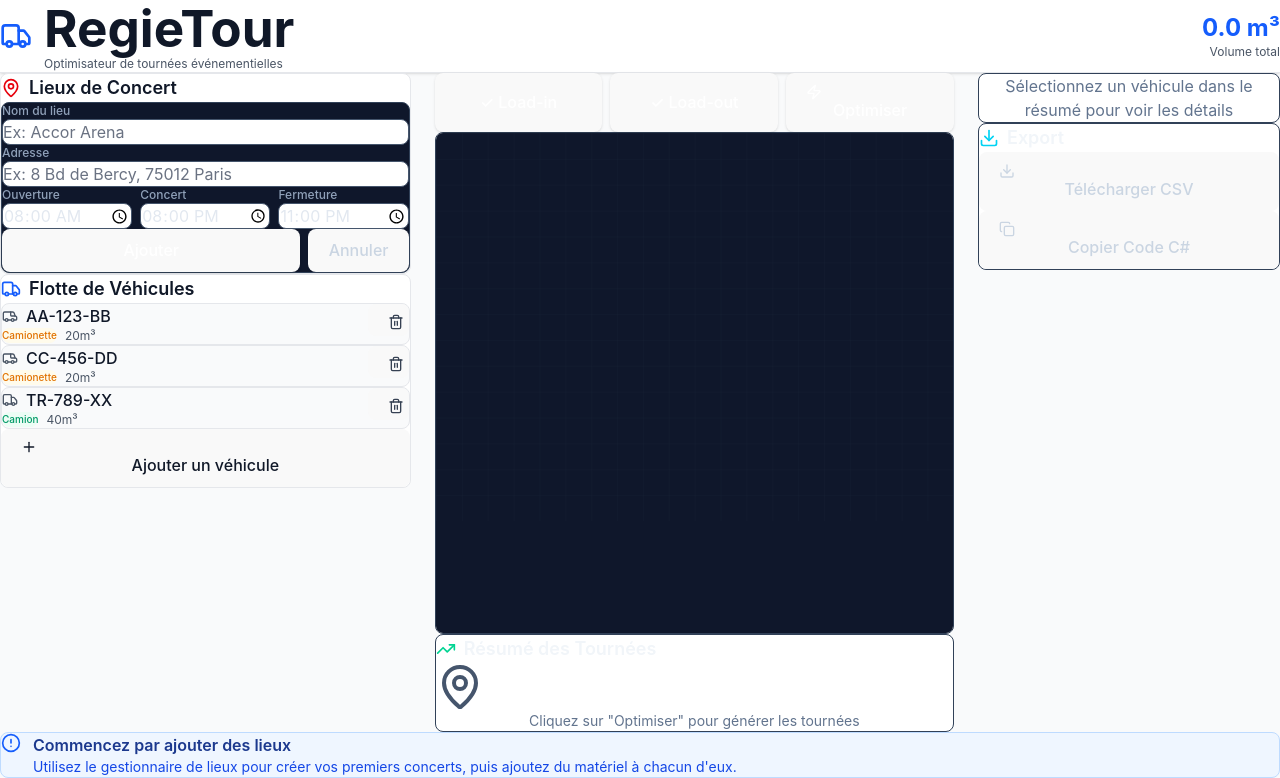
Repository: MaqlachMehdi/logipro
Page: /, after clicking the first element matching `button.rounded-lg`
These files come from the project's save history. The page is drawn as it stood at one moment and after the next save; the edit follows.
The browser window is 1280 px wide. The pictures show the whole page.
The project was rebuilt for these pictures with package versions that can differ from the ones it lists, and the page was loaded fresh each time. Also part of the build but not shown: vite.config.ts, src/components/VolumeEstimator.tsx, src/components/GearManager.tsx, src/components/ExportDatabase.tsx.

Above is the page before, as saved 2026-02-08 20:01:32.

### index.html
<!doctype html>
<html lang="en">
  <head>
    <meta charset="UTF-8" />
    <link rel="icon" type="image/svg+xml" href="/vite.svg" />
    <meta name="viewport" content="width=device-width, initial-scale=1.0" />
    <title>logipro</title>
  </head>
  <body>
    <div id="root"></div>
    <script type="module" src="/src/main.tsx"></script>
  </body>
</html>

### src/index.css
@import "tailwindcss";

* {
  margin: 0;
  padding: 0;
  box-sizing: border-box;
}

html {
  scroll-behavior: smooth;
}

body {
  background-color: #f8f9fa;
  color: #1a1a1a;
  font-family: -apple-system, BlinkMacSystemFont, 'Segoe UI', Roboto, 'Helvetica Neue', Arial, sans-serif;
  -webkit-font-smoothing: antialiased;
  -moz-osx-font-smoothing: grayscale;
}

/* Scrollbar styling */
::-webkit-scrollbar {
  width: 8px;
  height: 8px;
}

::-webkit-scrollbar-track {
  background: #f1f1f1;
}

::-webkit-scrollbar-thumb {
  background: #cbd5e1;
  border-radius: 4px;
}

::-webkit-scrollbar-thumb:hover {
  background: #94a3b8;
}
a:hover {
  color: #535bf2;
}

body {
  margin: 0;
  display: flex;
  place-items: center;
  min-width: 320px;
  min-height: 100vh;
}

h1 {
  font-size: 3.2em;
  line-height: 1.1;
}

button {
  border-radius: 8px;
  border: 1px solid transparent;
  padding: 0.6em 1.2em;
  font-size: 1em;
  font-weight: 500;
  font-family: inherit;
  background-color: #1a1a1a;
  cursor: pointer;
  transition: border-color 0.25s;
}
button:hover {
  border-color: #646cff;
}
button:focus,
button:focus-visible {
  outline: 4px auto -webkit-focus-ring-color;
}

@media (prefers-color-scheme: light) {
  :root {
    color: #213547;
    background-color: #ffffff;
  }
  a:hover {
    color: #747bff;
  }
  button {
    background-color: #f9f9f9;
  }
}

### src/components/index.tsx
export { FleetManager } from './FleetManager';
export { SpotManager } from './SpotManager';
export { VolumeEstimator } from './VolumeEstimator';
export { RouteSummary } from './RouteSummary';
export { MapPlanner } from './MapPlanner';
export { VehicleDetail } from './VehicleDetail';
export { ExportPanel } from './ExportPanel';
export { GearManager } from './GearManager';
export { ExportDatabase } from './ExportDatabase';

### src/components/ui/index.tsx
export { Button } from './button';
export { Input } from './input';
export { Label } from './label';
export { Card, CardContent, CardHeader, CardTitle, CardDescription } from './card';

### src/utils/volume-data.ts
export const GEAR_CATALOG = [
  // Batterie & Percussion
  { id: 'drum-kit', name: 'Drum Kit Complete', category: 'Percussion', volume: 1.2 },
  { id: 'snare', name: 'Caisse Claire', category: 'Percussion', volume: 0.15 },
  { id: 'cymbals', name: 'Cymbales Pack', category: 'Percussion', volume: 0.3 },
  { id: 'percussion-extra', name: 'Percussion Extra', category: 'Percussion', volume: 0.5 },

  // Guitares & Basses
  { id: 'electric-guitar', name: 'Guitare Électrique', category: 'Guitares', volume: 0.1 },
  { id: 'bass-guitar', name: 'Basse', category: 'Guitares', volume: 0.12 },
  { id: 'acoustic-guitar', name: 'Guitare Acoustique', category: 'Guitares', volume: 0.15 },
  { id: 'guitar-amp', name: 'Ampli Guitare', category: 'Guitares', volume: 0.3 },
  { id: 'bass-amp', name: 'Ampli Basse', category: 'Guitares', volume: 0.4 },
  { id: 'pedalboard', name: 'Pedalboard', category: 'Guitares', volume: 0.08 },

  // Claviers
  { id: 'piano', name: 'Piano', category: 'Claviers', volume: 2.5 },
  { id: 'synth', name: 'Synthétiseur', category: 'Claviers', volume: 0.25 },
  { id: 'keyboard-stand', name: 'Stand Clavier', category: 'Claviers', volume: 0.15 },
  { id: 'organ', name: 'Orgue', category: 'Claviers', volume: 1.8 },

  // Sonorisation
  { id: 'pa-speaker', name: 'Enceinte PA', category: 'Sonorisation', volume: 0.4 },
  { id: 'subwoofer', name: 'Caisson de Bas', category: 'Sonorisation', volume: 0.6 },
  { id: 'mixing-console', name: 'Table de Mixage', category: 'Sonorisation', volume: 0.5 },
  { id: 'microphones', name: 'Pack Micros', category: 'Sonorisation', volume: 0.2 },
  { id: 'monitor', name: 'Moniteur Scène', category: 'Sonorisation', volume: 0.15 },

  // Éclairage
  { id: 'moving-head', name: 'Moving Head', category: 'Éclairage', volume: 0.3 },
  { id: 'led-bar', name: 'Barre LED', category: 'Éclairage', volume: 0.4 },
  { id: 'dimmer-rack', name: 'Gradateur', category: 'Éclairage', volume: 0.5 },
  { id: 'truss', name: 'Truss Section', category: 'Éclairage', volume: 0.8 },

  // Scène & Accessoires
  { id: 'flight-case', name: 'Flight Case', category: 'Accessoires', volume: 0.2 },
  { id: 'cable-box', name: 'Câbles Box', category: 'Accessoires', volume: 0.15 },
  { id: 'stand-rack', name: 'Stand Rack', category: 'Accessoires', volume: 0.25 },
  { id: 'backline-riser', name: 'Riser Backline', category: 'Accessoires', volume: 0.6 },
];

### src/components/SpotManager.tsx
import { useState } from 'react';
import type { Spot } from '../types';
import { Card, CardContent, CardHeader, CardTitle } from './ui';
import { Input } from './ui/input';
import { Label } from './ui/label';
import { Button } from './ui/button';
import { MapPin, Clock, Plus, Trash2, Music } from 'lucide-react';

interface SpotManagerProps {
  spots: Spot[];
  selectedSpotId: string | null;
  onSelectSpot: (id: string | null) => void;
  onAddSpot: (spot: Omit<Spot, 'id' | 'gearSelections'>) => void;
  onDeleteSpot: (id: string) => void;
}

const mockGeocode = (address: string) => {
  let hash = 0;
  for (let i = 0; i < address.length; i++) {
    hash = address.charCodeAt(i) + ((hash << 5) - hash);
  }
  const lat = 48.8566 + (hash % 1000) / 10000;
  const lon = 2.3522 + ((hash * 2) % 1000) / 10000;
  return { lat, lon };
};

export function SpotManager({
  spots,
  selectedSpotId,
  onSelectSpot,
  onAddSpot,
  onDeleteSpot
}: SpotManagerProps) {
  const [isAdding, setIsAdding] = useState(false);
  const [newSpot, setNewSpot] = useState({
    name: '',
    address: '',
    openingTime: '08:00',
    closingTime: '23:00',
    concertTime: '20:00',
  });

  const handleAdd = () => {
    if (!newSpot.name || !newSpot.address) return;

    const coords = mockGeocode(newSpot.address);

    onAddSpot({
      ...newSpot,
      ...coords,
    });

    setNewSpot({
      name: '',
      address: '',
      openingTime: '08:00',
      closingTime: '23:00',
      concertTime: '20:00',
    });
    setIsAdding(false);
  };

  return (
    <Card className="bg-white border-gray-200">
      <CardHeader>
        <CardTitle className="text-gray-900 flex items-center gap-2">
          <MapPin className="w-5 h-5 text-red-600" />
          Lieux de Concert
        </CardTitle>
      </CardHeader>
      <CardContent className="space-y-4">
        <div className="space-y-2">
          {spots.map((spot) => (
            <div
              key={spot.id}
              className={`p-3 rounded-lg border transition-all cursor-pointer ${
                selectedSpotId === spot.id
                  ? 'bg-blue-50 border-blue-500'
                  : 'bg-gray-50 border-gray-200 hover:border-gray-300'
              }`}
              onClick={() => onSelectSpot(spot.id)}
            >
              <div className="flex items-start justify-between">
                <div className="flex-1 min-w-0">
                  <h4 className="font-medium text-gray-900 truncate">{spot.name}</h4>
                  <p className="text-xs text-gray-600 truncate mt-1">{spot.address}</p>
                  <div className="flex items-center gap-3 mt-2 text-xs text-gray-600">
                    <span className="flex items-center gap-1">
                      <Clock className="w-3 h-3" />
                      {spot.concertTime}
                    </span>
                    <span className="flex items-center gap-1">
                      <Music className="w-3 h-3" />
                      {spot.openingTime} - {spot.closingTime}
                    </span>
                  </div>
                </div>
                <Button
                  variant="ghost"
                  size="sm"
                  className="text-gray-500 hover:text-red-600 hover:bg-red-50 h-8 w-8 p-0"
                  onClick={(e: React.MouseEvent<HTMLButtonElement>) => {
                    e.stopPropagation();
                    onDeleteSpot(spot.id);
                  }}
                >
                  <Trash2 className="w-4 h-4" />
                </Button>
              </div>
            </div>
          ))}
        </div>

        {isAdding ? (
          <div className="bg-slate-900 rounded-lg p-4 border border-slate-700 space-y-3">
            <div>
              <Label className="text-slate-400 text-xs">Nom du lieu</Label>
              <Input
                value={newSpot.name}
                onChange={(e: React.ChangeEvent<HTMLInputElement>) => setNewSpot({ ...newSpot, name: e.target.value })}
                placeholder="Ex: Accor Arena"
                className="bg-slate-800 border-slate-600 text-slate-200"
              />
            </div>
            <div>
              <Label className="text-slate-400 text-xs">Adresse</Label>
              <Input
                value={newSpot.address}
                onChange={(e: React.ChangeEvent<HTMLInputElement>) => setNewSpot({ ...newSpot, address: e.target.value })}
                placeholder="Ex: 8 Bd de Bercy, 75012 Paris"
                className="bg-slate-800 border-slate-600 text-slate-200"
              />
            </div>
            <div className="grid grid-cols-3 gap-2">
              <div>
                <Label className="text-slate-400 text-xs">Ouverture</Label>
                <Input
                  type="time"
                  value={newSpot.openingTime}
                  onChange={(e: React.ChangeEvent<HTMLInputElement>) => setNewSpot({ ...newSpot, openingTime: e.target.value })}
                  className="bg-slate-800 border-slate-600 text-slate-200"
                />
              </div>
              <div>
                <Label className="text-slate-400 text-xs">Concert</Label>
                <Input
                  type="time"
                  value={newSpot.concertTime}
                  onChange={(e: React.ChangeEvent<HTMLInputElement>) => setNewSpot({ ...newSpot, concertTime: e.target.value })}
                  className="bg-slate-800 border-slate-600 text-slate-200"
                />
              </div>
              <div>
                <Label className="text-slate-400 text-xs">Fermeture</Label>
                <Input
                  type="time"
                  value={newSpot.closingTime}
                  onChange={(e: React.ChangeEvent<HTMLInputElement>) => setNewSpot({ ...newSpot, closingTime: e.target.value })}
                  className="bg-slate-800 border-slate-600 text-slate-200"
                />
              </div>
            </div>
            <div className="flex gap-2 pt-2">
              <Button
                size="sm"
                className="flex-1 bg-indigo-600 hover:bg-indigo-700 text-white"
                onClick={handleAdd}
              >
                Ajouter
              </Button>
              <Button
                size="sm"
                variant="outline"
                className="border-slate-600 text-slate-300 hover:bg-slate-700"
                onClick={() => setIsAdding(false)}
              >
                Annuler
              </Button>
            </div>
          </div>
        ) : (
          <Button
            variant="outline"
            size="sm"
            className="w-full border-dashed border-slate-600 text-slate-400 hover:text-slate-200 hover:border-slate-500 hover:bg-slate-800"
            onClick={() => setIsAdding(true)}
          >
            <Plus className="w-4 h-4 mr-2" />
            Ajouter un lieu
          </Button>
        )}
      </CardContent>
    </Card>
  );
}

### src/components/ExportPanel.tsx
import { Card, CardContent, CardHeader, CardTitle } from './ui';
import { Button } from './ui/button';
import type { Route, Vehicle, Spot } from '../types';
import { Download, Copy } from 'lucide-react';

interface ExportPanelProps {
  routes: Route[];
  vehicles: Vehicle[];
  spots: Spot[];
}

export function ExportPanel({ routes, vehicles, spots }: ExportPanelProps) {
  const generateCSV = () => {
    let csv = 'Vehicle ID,Vehicle Name,Stop Type,Venue,Address,Time,Volume,Order\n';

    routes.forEach(route => {
      const vehicle = vehicles.find(v => v.id === route.vehicleId);
      if (!vehicle) return;

      route.stops.forEach((stop, index) => {
        const spot = spots.find(v => v.id === stop.venueId);
        csv += `${vehicle.id},${vehicle.name},${stop.type},"${spot?.name || 'Unknown'}","${spot?.address || 'Unknown'}",${stop.time},${stop.volume},${index + 1}\n`;
      });
    });

    return csv;
  };

  const downloadCSV = () => {
    const csv = generateCSV();
    const blob = new Blob([csv], { type: 'text/csv' });
    const url = URL.createObjectURL(blob);
    const a = document.createElement('a');
    a.href = url;
    a.download = `regietour-routes-${new Date().toISOString().split('T')[0]}.csv`;
    a.click();
    URL.revokeObjectURL(url);
  };

  const generateCSharpCode = () => {
    let code = `using System.Collections.Generic;\n\nnamespace RegieTour.Models\n{\n    public class RoutePlan\n    {\n        public string VehicleId { get; set; }\n        public string VehicleName { get; set; }\n        public List<Stop> Stops { get; set; }\n    }\n\n    public class Stop\n    {\n        public string VenueId { get; set; }\n        public string VenueName { get; set; }\n        public string StopType { get; set; }\n        public string Time { get; set; }\n        public double Volume { get; set; }\n    }\n\n    public class RouteCollection\n    {\n        public List<RoutePlan> Routes { get; set; } = new List<RoutePlan>();\n`;

    routes.forEach(route => {
      const vehicle = vehicles.find(v => v.id === route.vehicleId);
      if (!vehicle) return;

      code += `        public RoutePlan Route_${vehicle.id.replace('-', '_')} { get; set; } = new RoutePlan\n`;
      code += `        {\n`;
      code += `            VehicleId = "${vehicle.id}",\n`;
      code += `            VehicleName = "${vehicle.name}",\n`;
      code += `            Stops = new List<Stop>\n`;
      code += `            {\n`;

      route.stops.forEach(stop => {
        const spot = spots.find(v => v.id === stop.venueId);
        code += `                new Stop { VenueId = "${stop.venueId}", VenueName = "${spot?.name || ''}", StopType = "${stop.type}", Time = "${stop.time}", Volume = ${stop.volume} },\n`;
      });

      code += `            }\n`;
      code += `        };\n`;
    });

    code += `    }\n}`;
    return code;
  };

  const copyCSharpCode = () => {
    const code = generateCSharpCode();
    navigator.clipboard.writeText(code);
  };

  return (
    <Card className="bg-slate-800 border-slate-700">
      <CardHeader>
        <CardTitle className="text-slate-100 flex items-center gap-2">
          <Download className="w-5 h-5 text-cyan-400" />
          Export
        </CardTitle>
      </CardHeader>
      <CardContent className="space-y-3">
        <Button
          variant="outline"
          size="sm"
          className="w-full border-slate-600 text-slate-300 hover:bg-slate-700 justify-start"
          onClick={downloadCSV}
        >
          <Download className="w-4 h-4 mr-2" />
          Télécharger CSV
        </Button>
        <Button
          variant="outline"
          size="sm"
          className="w-full border-slate-600 text-slate-300 hover:bg-slate-700 justify-start"
          onClick={copyCSharpCode}
        >
          <Copy className="w-4 h-4 mr-2" />
          Copier Code C#
        </Button>
      </CardContent>
    </Card>
  );
}

### src/components/ui/button.tsx
import React from 'react';

type ButtonVariant = 'default' | 'outline' | 'ghost';
type ButtonSize = 'default' | 'sm' | 'lg';

interface ButtonProps extends React.ButtonHTMLAttributes<HTMLButtonElement> {
  variant?: ButtonVariant;
  size?: ButtonSize;
  children: React.ReactNode;
}

const variantStyles: Record<ButtonVariant, string> = {
  default: 'bg-blue-600 hover:bg-blue-700 text-white shadow-sm',
  outline: 'border border-gray-300 bg-white text-gray-900 hover:bg-gray-50',
  ghost: 'bg-transparent text-gray-700 hover:bg-gray-100',
};

const sizeStyles: Record<ButtonSize, string> = {
  default: 'px-4 py-2 text-sm',
  sm: 'px-3 py-1.5 text-xs',
  lg: 'px-6 py-3 text-base',
};

export function Button({
  variant = 'default',
  size = 'default',
  className = '',
  children,
  ...props
}: ButtonProps) {
  return (
    <button
      className={`rounded-lg font-medium transition-colors ${variantStyles[variant]} ${sizeStyles[size]} ${className}`}
      {...props}
    >
      {children}
    </button>
  );
}

### src/components/ui/input.tsx
import React from 'react';

interface InputProps extends React.InputHTMLAttributes<HTMLInputElement> {
  className?: string;
}

export function Input({ className = '', ...props }: InputProps) {
  return (
    <input
      className={`w-full px-3 py-2 rounded-lg border bg-white border-gray-300 text-gray-900 placeholder-gray-500 focus:outline-none focus:border-blue-500 focus:ring-2 focus:ring-blue-500/20 transition-colors ${className}`}
      {...props}
    />
  );
}

### src/components/ui/label.tsx
import React from 'react';

interface LabelProps extends React.LabelHTMLAttributes<HTMLLabelElement> {
  children: React.ReactNode;
  className?: string;
}

export function Label({ children, className = '', ...props }: LabelProps) {
  return (
    <label className={`text-sm font-medium text-gray-900 block ${className}`} {...props}>
      {children}
    </label>
  );
}

### src/components/ui/card.tsx
import React from 'react';

export function Card({ children, className = '' }: { children: React.ReactNode; className?: string }) {
  return (
    <div className={`rounded-lg border border-gray-200 bg-white ${className}`}>
      {children}
    </div>
  );
}

export function CardContent({ children, className = '' }: { children: React.ReactNode; className?: string }) {
  return (
    <div className={`p-4 ${className}`}>
      {children}
    </div>
  );
}

export function CardHeader({ children, className = '' }: { children: React.ReactNode; className?: string }) {
  return (
    <div className={`px-4 pt-4 ${className}`}>
      {children}
    </div>
  );
}

export function CardTitle({ children, className = '' }: { children: React.ReactNode; className?: string }) {
  return (
    <h2 className={`text-lg font-semibold text-gray-900 ${className}`}>
      {children}
    </h2>
  );
}

export function CardDescription({ children, className = '' }: { children: React.ReactNode; className?: string }) {
  return (
    <p className={`text-sm text-gray-600 ${className}`}>
      {children}
    </p>
  );
}

Loaded but not shown: src/main.tsx (common file); src/App.tsx (272 lines, source omitted); src/components/FleetManager.tsx (201 lines, source omitted); src/components/MapPlanner.tsx (207 lines, source omitted); src/components/VehicleDetail.tsx (161 lines, source omitted); src/components/RouteSummary.tsx (133 lines, source omitted); src/utils/vrptw-solver.ts (154 lines, source omitted)

After the next save:
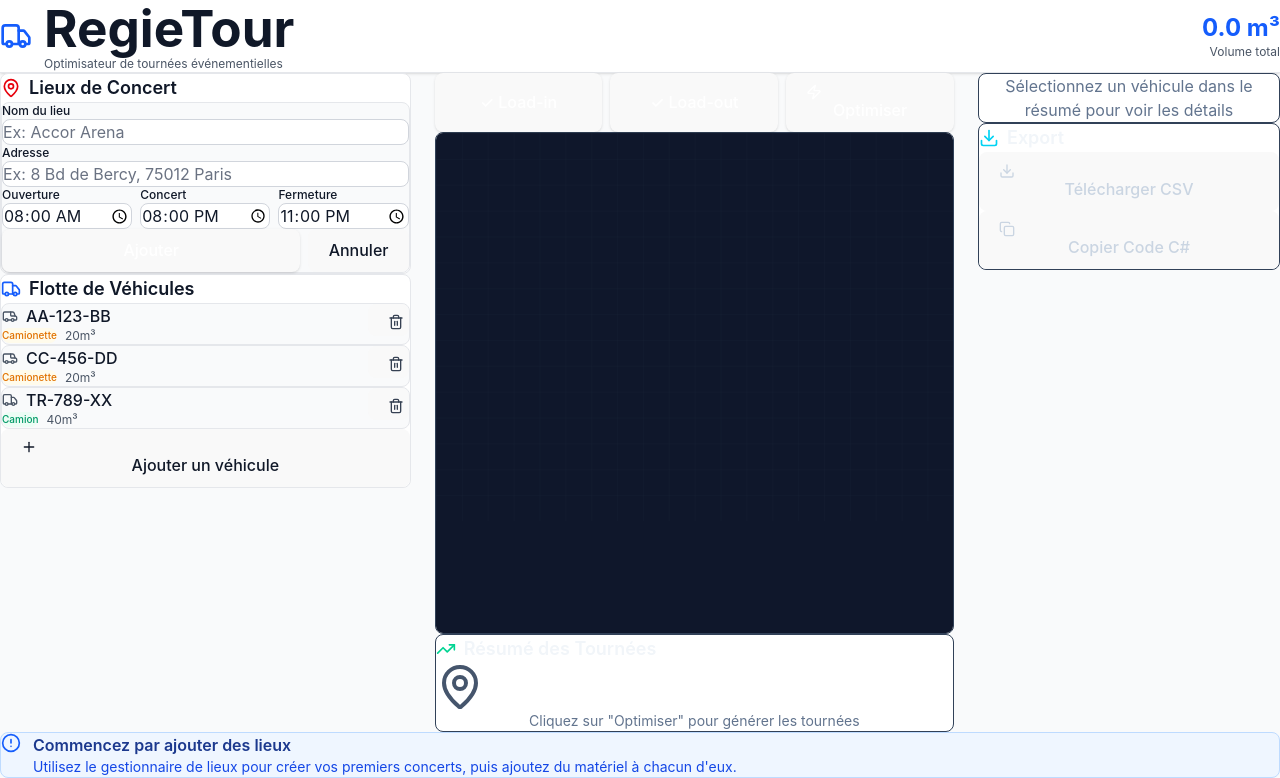
Saved 12 s later.
--- a/src/components/SpotManager.tsx
+++ b/src/components/SpotManager.tsx
@@ -112,58 +112,58 @@ export function SpotManager({
         </div>
 
         {isAdding ? (
-          <div className="bg-slate-900 rounded-lg p-4 border border-slate-700 space-y-3">
+          <div className="bg-gray-50 rounded-lg p-4 border border-gray-200 space-y-3">
             <div>
-              <Label className="text-slate-400 text-xs">Nom du lieu</Label>
+              <Label className="text-gray-600 text-xs">Nom du lieu</Label>
               <Input
                 value={newSpot.name}
                 onChange={(e: React.ChangeEvent<HTMLInputElement>) => setNewSpot({ ...newSpot, name: e.target.value })}
                 placeholder="Ex: Accor Arena"
-                className="bg-slate-800 border-slate-600 text-slate-200"
+                className="bg-white border-gray-300 text-gray-900"
               />
             </div>
             <div>
-              <Label className="text-slate-400 text-xs">Adresse</Label>
+              <Label className="text-gray-600 text-xs">Adresse</Label>
               <Input
                 value={newSpot.address}
                 onChange={(e: React.ChangeEvent<HTMLInputElement>) => setNewSpot({ ...newSpot, address: e.target.value })}
                 placeholder="Ex: 8 Bd de Bercy, 75012 Paris"
-                className="bg-slate-800 border-slate-600 text-slate-200"
+                className="bg-white border-gray-300 text-gray-900"
               />
             </div>
             <div className="grid grid-cols-3 gap-2">
               <div>
-                <Label className="text-slate-400 text-xs">Ouverture</Label>
+                <Label className="text-gray-600 text-xs">Ouverture</Label>
                 <Input
                   type="time"
                   value={newSpot.openingTime}
                   onChange={(e: React.ChangeEvent<HTMLInputElement>) => setNewSpot({ ...newSpot, openingTime: e.target.value })}
-                  className="bg-slate-800 border-slate-600 text-slate-200"
+                  className="bg-white border-gray-300 text-gray-900"
                 />
               </div>
               <div>
-                <Label className="text-slate-400 text-xs">Concert</Label>
+                <Label className="text-gray-600 text-xs">Concert</Label>
                 <Input
                   type="time"
                   value={newSpot.concertTime}
                   onChange={(e: React.ChangeEvent<HTMLInputElement>) => setNewSpot({ ...newSpot, concertTime: e.target.value })}
-                  className="bg-slate-800 border-slate-600 text-slate-200"
+                  className="bg-white border-gray-300 text-gray-900"
                 />
               </div>
               <div>
-                <Label className="text-slate-400 text-xs">Fermeture</Label>
+                <Label className="text-gray-600 text-xs">Fermeture</Label>
                 <Input
                   type="time"
                   value={newSpot.closingTime}
                   onChange={(e: React.ChangeEvent<HTMLInputElement>) => setNewSpot({ ...newSpot, closingTime: e.target.value })}
-                  className="bg-slate-800 border-slate-600 text-slate-200"
+                  className="bg-white border-gray-300 text-gray-900"
                 />
               </div>
             </div>
             <div className="flex gap-2 pt-2">
               <Button
                 size="sm"
-                className="flex-1 bg-indigo-600 hover:bg-indigo-700 text-white"
+                className="flex-1 bg-blue-600 hover:bg-blue-700 text-white"
                 onClick={handleAdd}
               >
                 Ajouter
@@ -171,7 +171,7 @@ export function SpotManager({
               <Button
                 size="sm"
                 variant="outline"
-                className="border-slate-600 text-slate-300 hover:bg-slate-700"
+                className="border-gray-300 text-gray-900 hover:bg-gray-100"
                 onClick={() => setIsAdding(false)}
               >
                 Annuler
@@ -182,7 +182,7 @@ export function SpotManager({
           <Button
             variant="outline"
             size="sm"
-            className="w-full border-dashed border-slate-600 text-slate-400 hover:text-slate-200 hover:border-slate-500 hover:bg-slate-800"
+            className="w-full border-dashed border-gray-300 text-gray-600 hover:text-gray-900 hover:border-blue-400 hover:bg-blue-50"
             onClick={() => setIsAdding(true)}
           >
             <Plus className="w-4 h-4 mr-2" />
